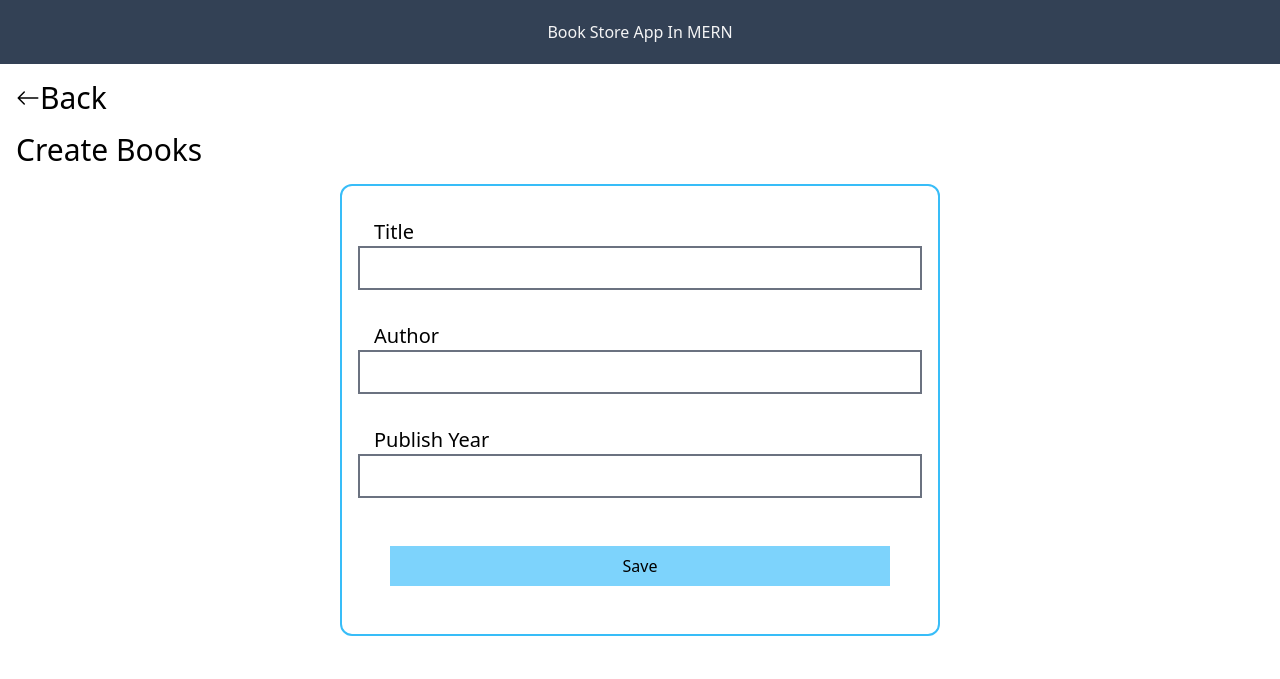
Repository: Attar786/Book_Menagment_Store
Page: /books/create (app in frontend/)
The author's editor kept a copy of each file at every save. The page is drawn from the files as they stood at one save, then again after the next save.
The browser window is 1280 px wide. The pictures show the whole page.
The project was rebuilt for these pictures with package versions that can differ from the ones it lists, and the page was loaded fresh each time. Also part of the build but not shown: frontend/vite.config.js, frontend/components/Spinner.jsx, frontend/src/pages/Home.jsx, frontend/src/pages/ShowBooks.jsx, frontend/src/pages/EditBooks.jsx, frontend/src/pages/DeleteBooks.jsx.

Above is the page before, as saved 2024-08-13 14:18:43.

After the next save:
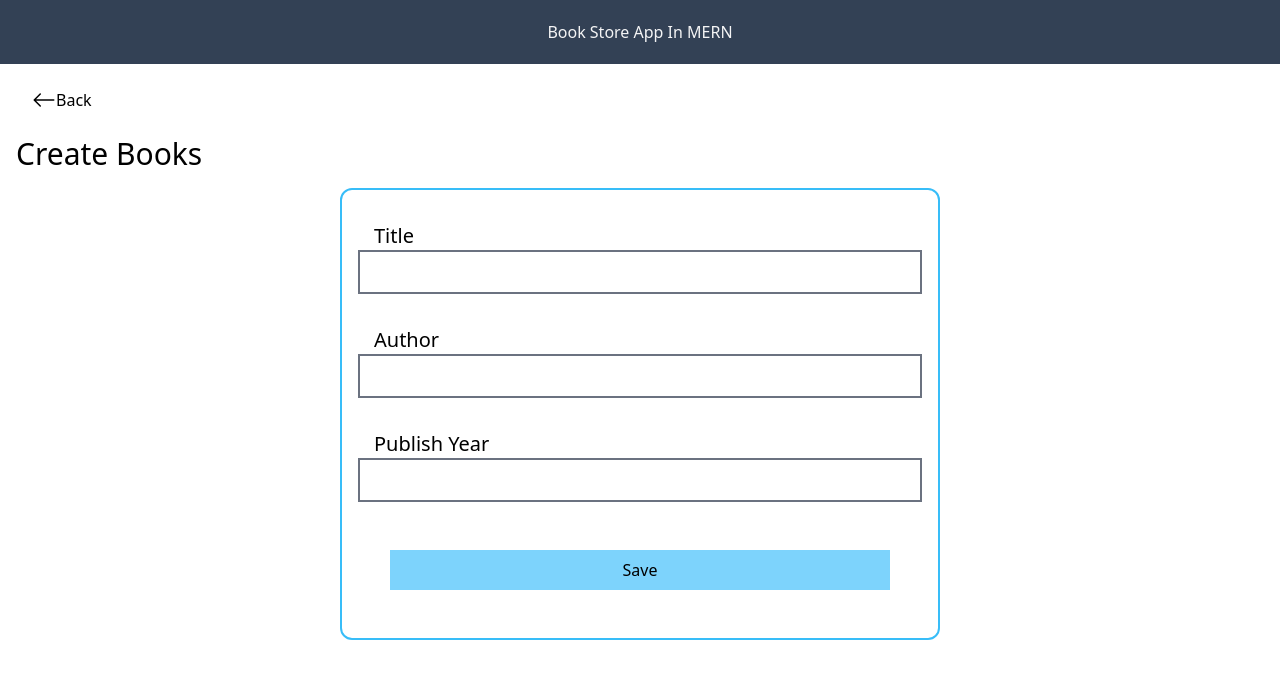
Saved 108 s later.
--- a/frontend/components/BackButton.jsx
+++ b/frontend/components/BackButton.jsx
@@ -3,14 +3,12 @@ import { BsArrowLeft } from "react-icons/bs";
 
 const BackButton = ({ destination = '/' }) => {
   return (
-    <div className="flex items-center">
-      <Link to={destination}>
-        <BsArrowLeft className="text-2xl text-sky-500 mr-2" />
-      </Link>
-      <button className="text-sky-500 text-3xl">
+    <Link to={destination} className="flex items-center">
+      <button className="flex items-center bg-sky-500 text-white text-lg px-4 py-2 rounded hover:bg-sky-600 transition duration-200">
+        <BsArrowLeft className="text-2xl mr-2" />
         Back
       </button>
-    </div>
+    </Link>
   );
 };
 
